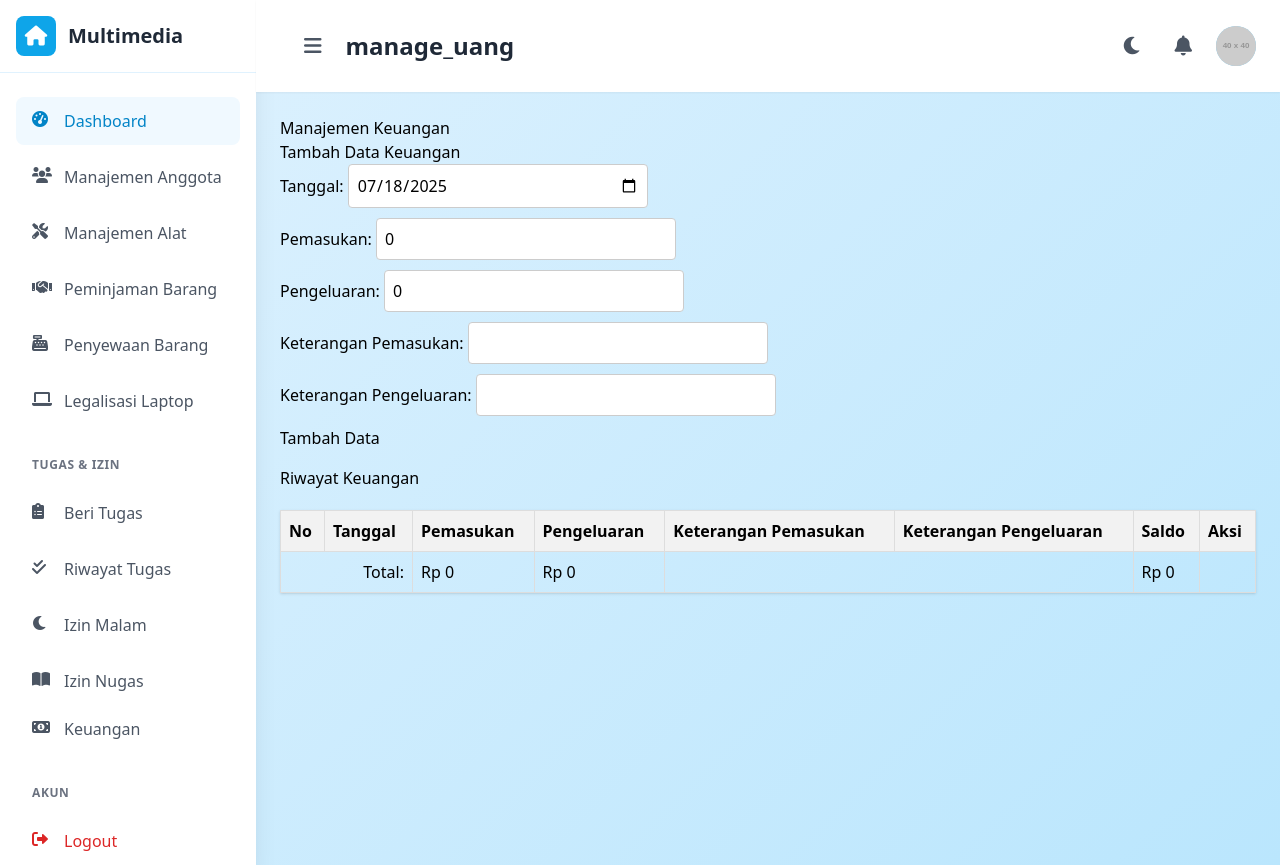
Repository: fatkquladhim/multimedia_app
Page: http://localhost/admin/keuangan/manage_uang.php
The author's editor kept a copy of each file at every save. The page is drawn from the files as they stood at one save, then again after the next save.
The browser window is 1280 px wide. The pictures show the whole page.
Some web libraries are served in a nearby version. The page is run by PHP 8.4 with error messages shown; the project is at /var/www/html/. The session is filled in as if someone had signed in: {"user_id": 2, "username": "asep", "role": "admin"}. Other server files are loaded and not shown. Queries for data that is not in the repository find no rows.

Above is the page before, as saved 2025-07-19 14:23:28.
Console error: TypeError: Cannot read properties of null (reading 'value')

### admin/keuangan/manage_uang.php
<?php
session_start();
if (!isset($_SESSION['user_id']) || $_SESSION['role'] !== 'admin') {
    header('Location: ../../auth/login.php');
    exit;
}

require_once '../../includes/db_config.php';
$conn = new mysqli(DB_HOST, DB_USER, DB_PASS, DB_NAME);

// Proses tambah data keuangan
if ($_SERVER['REQUEST_METHOD'] === 'POST' && isset($_POST['tambah_data'])) {
    $tanggal = $_POST['tanggal'];
    $pemasukan = $_POST['pemasukan'] ?? 0;
    $pengeluaran = $_POST['pengeluaran'] ?? 0;
    $keterangan_pemasukan = $_POST['keterangan_pemasukan'] ?? '';
    $keterangan_pengeluaran = $_POST['keterangan_pengeluaran'] ?? '';

    // Hitung saldo baru
    $saldo_akhir = ($pemasukan - $pengeluaran);

    $stmt = $conn->prepare("INSERT INTO keuangan (tanggal, pemasukan, pengeluaran, keterangan_pemasukan, keterangan_pengeluaran, saldo)
                           VALUES (?, ?, ?, ?, ?, ?)");
    $stmt->bind_param("siissi", $tanggal, $pemasukan, $pengeluaran, $keterangan_pemasukan, $keterangan_pengeluaran, $saldo_akhir);
    $stmt->execute();

    header("Location: manage_uang.php?status=success&message=Data keuangan berhasil ditambahkan");
    exit;
}

// Proses hapus data
if (isset($_GET['hapus']) && is_numeric($_GET['hapus'])) {
    $id = $_GET['hapus'];
    $conn->query("DELETE FROM keuangan WHERE id=$id");
    header("Location: manage_uang.php?status=success&message=Data berhasil dihapus");
    exit;
}


// Query untuk mendapatkan data keuangan
$query = "SELECT id as nomor, tanggal, pemasukan, pengeluaran, keterangan_pemasukan, keterangan_pengeluaran, saldo
          FROM keuangan ORDER BY tanggal DESC";
$result = $conn->query($query);

// Hitung total pemasukan dan pengeluaran
$total_query = "SELECT SUM(pemasukan) as total_pemasukan, SUM(pengeluaran) as total_pengeluaran FROM keuangan";
$total_result = $conn->query($total_query)->fetch_assoc();
$total_pemasukan = $total_result['total_pemasukan'] ?? 0;
$total_pengeluaran = $total_result['total_pengeluaran'] ?? 0;

include '../header.php';
?>

<div class="container">
    <h2>Manajemen Keuangan</h2>

    <?php if (isset($_GET['status']) && isset($_GET['message'])): ?>
        <div class="alert alert-<?php echo $_GET['status'] === 'success' ? 'success' : 'danger'; ?>">
            <?php echo htmlspecialchars($_GET['message']); ?>
        </div>
    <?php endif; ?>

    <h3>Tambah Data Keuangan</h3>
    <form method="POST" class="mb-4">
        <div class="row">
            <div class="col-md-3">
                <div class="form-group">
                    <label>Tanggal:</label>
                    <input type="date" name="tanggal" class="form-control" value="<?= date('Y-m-d') ?>" required>
                </div>
            </div>
            <div class="col-md-2">
                <div class="form-group">
                    <label>Pemasukan:</label>
                    <input type="number" name="pemasukan" class="form-control" min="0" value="0">
                </div>
            </div>
            <div class="col-md-2">
                <div class="form-group">
                    <label>Pengeluaran:</label>
                    <input type="number" name="pengeluaran" class="form-control" min="0" value="0">
                </div>
            </div>
            <div class="col-md-2">
                <div class="form-group">
                    <label>Keterangan Pemasukan:</label>
                    <input type="text" name="keterangan_pemasukan" class="form-control">
                </div>
            </div>
            <div class="col-md-2">
                <div class="form-group">
                    <label>Keterangan Pengeluaran:</label>
                    <input type="text" name="keterangan_pengeluaran" class="form-control">
                </div>
            </div>
        </div>
        <button type="submit" name="tambah_data" class="btn btn-primary">Tambah Data</button>
    </form>

    <h3>Riwayat Keuangan</h3>
    <div class="card shadow mb-4">
        <div class="card-body">
            <div class="table-responsive">
                <table class="table table-bordered table-hover">
                    <thead class="thead-light">
                        <tr>
                            <th>No</th>
                            <th>Tanggal</th>
                            <th>Pemasukan</th>
                            <th>Pengeluaran</th>
                            <th>Keterangan Pemasukan</th>
                            <th>Keterangan Pengeluaran</th>
                            <th>Saldo</th>
                            <th>Aksi</th>
                        </tr>
                    </thead>
                    <tbody>
                        <?php
                        $no = 1;
                        while($row = $result->fetch_assoc()):
                        ?>
                        <tr>
                            <td><?= $no++ ?></td>
                            <td><?= htmlspecialchars($row['tanggal']) ?></td>
                            <td class="text-success">Rp <?= number_format($row['pemasukan'], 0, ',', '.') ?></td>
                            <td class="text-danger">Rp <?= number_format($row['pengeluaran'], 0, ',', '.') ?></td>
                            <td><?= htmlspecialchars($row['keterangan_pemasukan']) ?></td>
                            <td><?= htmlspecialchars($row['keterangan_pengeluaran']) ?></td>
                            <td class="font-weight-bold">Rp <?= number_format($row['saldo'], 0, ',', '.') ?></td>
                            <td>
                                <a href="manage_edit.php?id=<?= $row['nomor'] ?>" class="btn btn-sm btn-warning">Edit</a>
                                <a href="manage_uang.php?hapus=<?= $row['nomor'] ?>" class="btn btn-sm btn-danger" onclick="return confirm('Hapus data ini?')">Hapus</a>
                            </td>
                        </tr>
                        <?php endwhile; ?>
                    </tbody>
                    <tfoot>
                        <tr class="font-weight-bold">
                            <td colspan="2" class="text-right">Total:</td>
                            <td class="text-success">Rp <?= number_format($total_pemasukan, 0, ',', '.') ?></td>
                            <td class="text-danger">Rp <?= number_format($total_pengeluaran, 0, ',', '.') ?></td>
                            <td colspan="2"></td>
                            <td>Rp <?= number_format($total_pemasukan - $total_pengeluaran, 0, ',', '.') ?></td>
                            <td></td>
                        </tr>
                    </tfoot>
                </table>
            </div>
        </div>
    </div>
</div>

<?php
include '../footer.php';
$conn->close();
?>

### includes/db_config.php
<?php
// Konfigurasi database
define('DB_HOST', 'localhost');
define('DB_USER', 'root'); // ganti jika user database Anda berbeda
define('DB_PASS', '');     // ganti jika ada password database
define('DB_NAME', 'db_multimedia'); // nama database
?>

### admin/sidebar.php
    <?php
    // includes/sidebar.php
    // Pastikan session sudah dimulai di file yang meng-include ini
    // if (!isset($_SESSION['user_id']) || $_SESSION['role'] !== 'admin') {
    //     header('Location: ../auth/login.php');
    //     exit;
    // }
    ?>
    <div id="sidebar" class="w-64 bg-white dark:bg-slate-800 shadow-xl flex-shrink-0 sidebar transition-all duration-300 overflow-hidden glass-effect">
        <div class="p-4 flex items-center justify-between border-b border-light-blue-100 dark:border-slate-700">
            <div class="flex items-center space-x-3">
                <div class="w-10 h-10 bg-light-blue-500 rounded-lg flex items-center justify-center">
                    <i class="fas fa-home text-white text-xl"></i>
                </div>
                <h1 class="text-xl font-bold text-gray-800 dark:text-white">Multimedia</h1>
            </div>
            <button id="closeSidebar" class="md:hidden p-2 text-gray-500 hover:text-gray-700 dark:text-gray-400 dark:hover:text-gray-200">
                <i class="fas fa-times"></i>
            </button>
        </div>

        <nav class="mt-6 px-4">
            <div class="space-y-2">
                <a href="../dashboard.php" class="flex items-center px-4 py-3 text-light-blue-600 bg-light-blue-50 dark:bg-light-blue-900 dark:text-light-blue-300 rounded-lg sidebar-nav-item hover-scale">
                    <i class="fas fa-tachometer-alt w-5 h-5 mr-3"></i>
                    <span class="font-medium">Dashboard</span>
                </a>

                <a href="../anggota/anggota.php" class="flex items-center px-4 py-3 text-gray-600 dark:text-gray-300 hover:text-light-blue-600 dark:hover:text-light-blue-400 hover:bg-light-blue-50 dark:hover:bg-slate-700 rounded-lg sidebar-nav-item hover-scale">
                    <i class="fas fa-users w-5 h-5 mr-3"></i>
                    <span class="font-medium">Manajemen Anggota</span>
                </a>

                <a href="../daftar alat/daftar-alat.php" class="flex items-center px-4 py-3 text-gray-600 dark:text-gray-300 hover:text-light-blue-600 dark:hover:text-light-blue-400 hover:bg-light-blue-50 dark:hover:bg-slate-700 rounded-lg sidebar-nav-item hover-scale">
                    <i class="fas fa-tools w-5 h-5 mr-3"></i>
                    <span class="font-medium">Manajemen Alat</span>
                </a>

                <a href="../peminjaman/peminjaman-barang.php" class="flex items-center px-4 py-3 text-gray-600 dark:text-gray-300 hover:text-light-blue-600 dark:hover:text-light-blue-400 hover:bg-light-blue-50 dark:hover:bg-slate-700 rounded-lg sidebar-nav-item hover-scale">
                    <i class="fas fa-handshake w-5 h-5 mr-3"></i>
                    <span class="font-medium">Peminjaman Barang</span>
                </a>

                <a href="../penyewaan/penyewaan-barang.php" class="flex items-center px-4 py-3 text-gray-600 dark:text-gray-300 hover:text-light-blue-600 dark:hover:text-light-blue-400 hover:bg-light-blue-50 dark:hover:bg-slate-700 rounded-lg sidebar-nav-item hover-scale">
                    <i class="fas fa-cash-register w-5 h-5 mr-3"></i>
                    <span class="font-medium">Penyewaan Barang</span>
                </a>

                <a href="../legalisasi laptop/legalisasi_list.php" class="flex items-center px-4 py-3 text-gray-600 dark:text-gray-300 hover:text-light-blue-600 dark:hover:text-light-blue-400 hover:bg-light-blue-50 dark:hover:bg-slate-700 rounded-lg sidebar-nav-item hover-scale">
                    <i class="fas fa-laptop w-5 h-5 mr-3"></i>
                    <span class="font-medium">Legalisasi Laptop</span>
                </a>
            </div>

            <div class="mt-8 mb-4">
                <h3 class="px-4 text-xs font-semibold text-gray-500 dark:text-gray-400 uppercase tracking-wider">
                    Tugas & Izin
                </h3>
            </div>

            <div class="space-y-2">
                <a href="../beri tugas/beri_tugas_form.php" class="flex items-center px-4 py-3 text-gray-600 dark:text-gray-300 hover:text-light-blue-600 dark:hover:text-light-blue-400 hover:bg-light-blue-50 dark:hover:bg-slate-700 rounded-lg sidebar-nav-item hover-scale">
                    <i class="fas fa-clipboard-list w-5 h-5 mr-3"></i>
                    <span class="font-medium">Beri Tugas</span>
                </a>

                <a href="../beri tugas/tugas_selesai_riwayat.php" class="flex items-center px-4 py-3 text-gray-600 dark:text-gray-300 hover:text-light-blue-600 dark:hover:text-light-blue-400 hover:bg-light-blue-50 dark:hover:bg-slate-700 rounded-lg sidebar-nav-item hover-scale">
                    <i class="fas fa-check-double w-5 h-5 mr-3"></i>
                    <span class="font-medium">Riwayat Tugas</span>
                </a>

                <a href="../izin_malam/izin-malam.php" class="flex items-center px-4 py-3 text-gray-600 dark:text-gray-300 hover:text-light-blue-600 dark:hover:text-light-blue-400 hover:bg-light-blue-50 dark:hover:bg-slate-700 rounded-lg sidebar-nav-item hover-scale">
                    <i class="fas fa-moon w-5 h-5 mr-3"></i>
                    <span class="font-medium">Izin Malam</span>
                </a>

                <a href="../izin_nugas/izin-nugas.php" class="flex items-center px-4 py-3 text-gray-600 dark:text-gray-300 hover:text-light-blue-600 dark:hover:text-light-blue-400 hover:bg-light-blue-50 dark:hover:bg-slate-700 rounded-lg sidebar-nav-item hover-scale">
                    <i class="fas fa-book-open w-5 h-5 mr-3"></i>
                    <span class="font-medium">Izin Nugas</span>
                </a>
            </div>

            <div class="space-y-2">
                <a href="../keuangan/manage_uang.php" class="flex items-center px-4 py-3 text-gray-600 dark:text-gray-300 hover:text-light-blue-600 dark:hover:text-light-blue-400 hover:bg-light-blue-50 dark:hover:bg-slate-700 rounded-lg sidebar-nav-item hover-scale">
                    <i class="fas fa-money-bill-alt w-5 h-5 mr-3"></i>
                    <span class="font-medium">Keuangan</span>
                </a>
            </div>

            <div class="mt-8 mb-4">
                <h3 class="px-4 text-xs font-semibold text-gray-500 dark:text-gray-400 uppercase tracking-wider">
                    Akun
                </h3>
            </div>

            <div class="space-y-2">
                <a href="../auth/logout.php" class="flex items-center px-4 py-3 text-red-600 dark:text-red-400 hover:text-red-700 dark:hover:text-red-300 hover:bg-red-50 dark:hover:bg-red-900 rounded-lg sidebar-nav-item hover-scale">
                    <i class="fas fa-sign-out-alt w-5 h-5 mr-3"></i>
                    <span class="font-medium">Logout</span>
                </a>
            </div>
        </nav>
    </div>

### admin/footer.php

                </main>
            </div>
        </div>
        <script>

    // Dark Mode Toggle
    const darkModeToggle = document.getElementById('darkModeToggle');
    const html = document.documentElement;

    // Check for saved theme preference or default to light mode
    const savedTheme = localStorage.getItem('theme');
    if (savedTheme === 'dark') {
        html.classList.add('dark');
    }

    darkModeToggle.addEventListener('click', () => {
        html.classList.toggle('dark');
        localStorage.setItem('theme', html.classList.contains('dark') ? 'dark' : 'light');
    });

    // Mobile Menu Toggle
    const mobileMenuToggle = document.getElementById('mobileMenuToggle');
    const sidebar = document.getElementById('sidebar');
    const sidebarOverlay = document.getElementById('sidebarOverlay');
    const closeSidebar = document.getElementById('closeSidebar');

    function toggleMobileSidebar() {
        sidebar.classList.toggle('active');
        sidebarOverlay.classList.toggle('active');
    }

    mobileMenuToggle.addEventListener('click', toggleMobileSidebar);
    closeSidebar.addEventListener('click', toggleMobileSidebar);
    sidebarOverlay.addEventListener('click', toggleMobileSidebar);

    // Desktop Sidebar Toggle
    const sidebarToggle = document.getElementById('sidebarToggle');
    const mainContentArea = document.getElementById('mainContentArea');
    let isSidebarOpen = true;

    sidebarToggle.addEventListener('click', () => {
        if (isSidebarOpen) {
            // Close sidebar
            sidebar.classList.remove('w-64');
            sidebar.classList.add('w-20');

            // Hide text content
            sidebar.querySelectorAll('span.font-medium, h3')
                .forEach(el => el.classList.add('hidden'));

            // Show only icons
            sidebar.querySelectorAll('i')
                .forEach(el => el.classList.add('mx-auto'));

            sidebarToggle.querySelector('i').classList.replace('fa-bars', 'fa-arrow-right');
        } else {
            // Open sidebar
            sidebar.classList.remove('w-20');
            sidebar.classList.add('w-64');

            // Show text content
            sidebar.querySelectorAll('span.font-medium, h3')
                .forEach(el => el.classList.remove('hidden'));

            // Reset icon alignment
            sidebar.querySelectorAll('i')
                .forEach(el => el.classList.remove('mx-auto'));

            sidebarToggle.querySelector('i').classList.replace('fa-arrow-right', 'fa-bars');
        }
        isSidebarOpen = !isSidebarOpen;
    });

    // Responsive behavior
    function handleResize() {
        if (window.innerWidth < 768) {
            // Mobile: Hide desktop sidebar toggle, show mobile menu
            sidebarToggle.classList.add('hidden');
            mobileMenuToggle.classList.remove('hidden');

            // Reset sidebar state for mobile
            sidebar.classList.remove('active');
            sidebarOverlay.classList.remove('active');
        } else {
            // Desktop: Show desktop sidebar toggle, hide mobile menu
            sidebarToggle.classList.remove('hidden');
            mobileMenuToggle.classList.add('hidden');

            // Ensure sidebar is properly positioned for desktop
            sidebar.classList.remove('active');
            sidebarOverlay.classList.remove('active');
        }
    }

    // Initial check
    handleResize();

    // Listen for resize events
    window.addEventListener('resize', handleResize);

    // Smooth scrolling for anchor links
    document.querySelectorAll('a[href^="#"]').forEach(anchor => {
        anchor.addEventListener('click', function(e) {
            e.preventDefault();
            const target = document.querySelector(this.getAttribute('href'));
            if (target) {
                target.scrollIntoView({
                    behavior: 'smooth'
                });
            }
        });
    });

    // Add loading animation to buttons
    document.querySelectorAll('button, a').forEach(element => {
        element.addEventListener('click', function() {
            if (!this.classList.contains('no-loading')) {
                this.style.opacity = '0.8';
                setTimeout(() => {
                    this.style.opacity = '1';
                }, 200);
            }
        });
    });

// penambahan untuk peminjaman dan penyewaan
    function togglePeminjam() {
            var tipe = document.getElementById('tipe_peminjam').value;
            if (tipe === 'umum') {
                document.getElementById('form_umum').style.display = 'block';
                document.getElementById('form_anggota').style.display = 'none';
                document.getElementById('nama_peminjam').required = true;
                document.getElementById('kontak_peminjam').required = true;
                document.getElementById('id_anggota').required = false;
            } else {
                document.getElementById('form_umum').style.display = 'none';
                document.getElementById('form_anggota').style.display = 'block';
                document.getElementById('nama_peminjam').required = false;
                document.getElementById('kontak_peminjam').required = false;
                document.getElementById('id_anggota').required = true;
            }
        }
        function togglePenyewa() {
            var tipe = document.getElementById('tipe_penyewa').value;
            if (tipe === 'umum') {
                document.getElementById('form_umum').style.display = 'block';
                document.getElementById('form_anggota').style.display = 'none';
                document.getElementById('nama_penyewa').required = true;
                document.getElementById('kontak_penyewa').required = true;
                document.getElementById('id_anggota').required = false;
            } else {
                document.getElementById('form_umum').style.display = 'none';
                document.getElementById('form_anggota').style.display = 'block';
                document.getElementById('nama_penyewa').required = false;
                document.getElementById('kontak_penyewa').required = false;
                document.getElementById('id_anggota').required = true;
            }
        }
        // Panggil saat halaman dimuat
        window.onload = togglePeminjam;
        </script>
    </body>
    </html>

Loaded but not shown: admin/header.php (172 lines, source omitted)

After the next save:
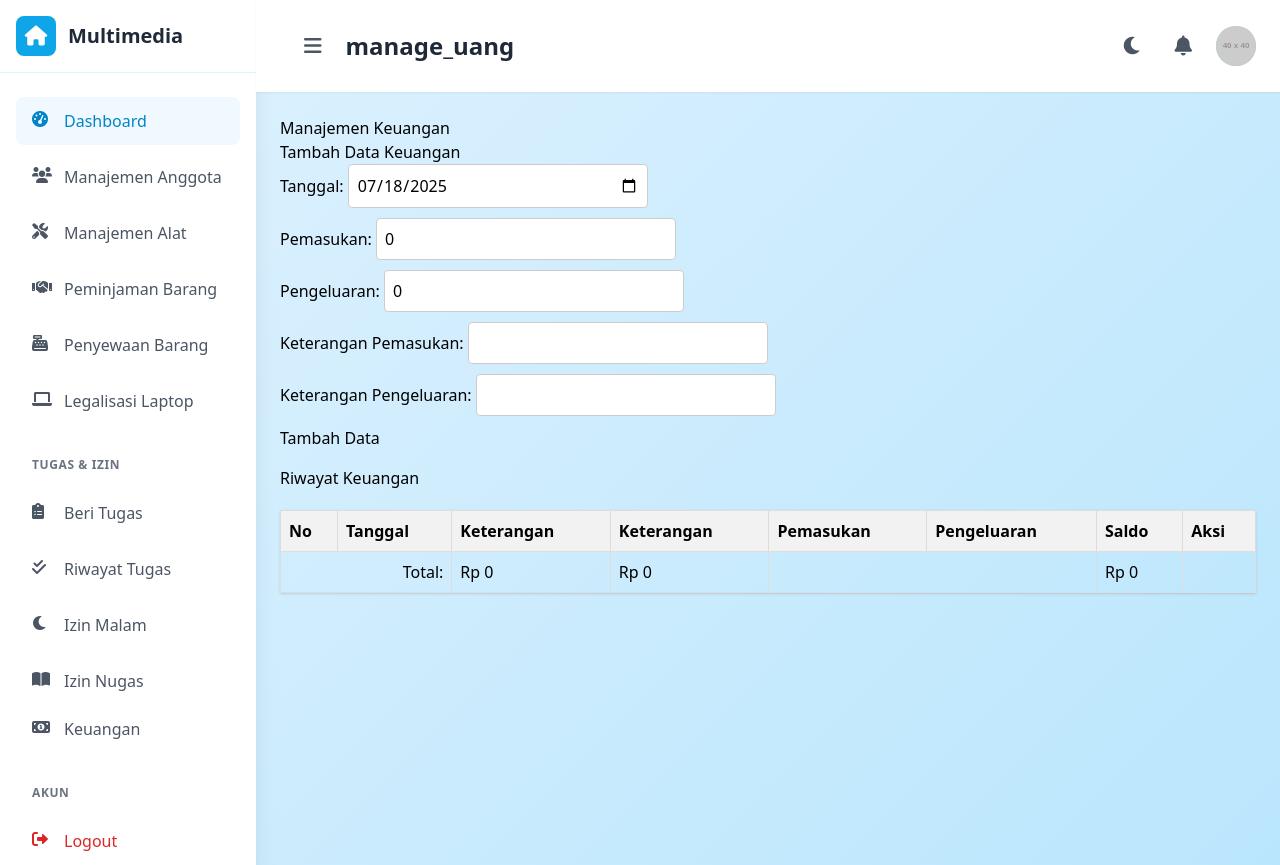
Saved 5 min 15 s later.
--- a/admin/keuangan/manage_uang.php
+++ b/admin/keuangan/manage_uang.php
@@ -11,17 +11,17 @@ $conn = new mysqli(DB_HOST, DB_USER, DB_PASS, DB_NAME);
 // Proses tambah data keuangan
 if ($_SERVER['REQUEST_METHOD'] === 'POST' && isset($_POST['tambah_data'])) {
     $tanggal = $_POST['tanggal'];
+    $keterangan = $_POST['keterangan'] ?? '';
     $pemasukan = $_POST['pemasukan'] ?? 0;
     $pengeluaran = $_POST['pengeluaran'] ?? 0;
-    $keterangan_pemasukan = $_POST['keterangan_pemasukan'] ?? '';
-    $keterangan_pengeluaran = $_POST['keterangan_pengeluaran'] ?? '';
+
 
     // Hitung saldo baru
     $saldo_akhir = ($pemasukan - $pengeluaran);
 
-    $stmt = $conn->prepare("INSERT INTO keuangan (tanggal, pemasukan, pengeluaran, keterangan_pemasukan, keterangan_pengeluaran, saldo)
+    $stmt = $conn->prepare("INSERT INTO keuangan (tanggal, keterangan, pemasukan, pengeluaran, saldo)
                            VALUES (?, ?, ?, ?, ?, ?)");
-    $stmt->bind_param("siissi", $tanggal, $pemasukan, $pengeluaran, $keterangan_pemasukan, $keterangan_pengeluaran, $saldo_akhir);
+    $stmt->bind_param("siissi", $tanggal,$keterangan, $pemasukan, $pengeluaran,  $saldo_akhir);
     $stmt->execute();
 
     header("Location: manage_uang.php?status=success&message=Data keuangan berhasil ditambahkan");
@@ -38,7 +38,7 @@ if (isset($_GET['hapus']) && is_numeric($_GET['hapus'])) {
 
 
 // Query untuk mendapatkan data keuangan
-$query = "SELECT id as nomor, tanggal, pemasukan, pengeluaran, keterangan_pemasukan, keterangan_pengeluaran, saldo
+$query = "SELECT id as nomor, tanggal,keterangan, pemasukan, pengeluaran, saldo
           FROM keuangan ORDER BY tanggal DESC";
 $result = $conn->query($query);
 
@@ -106,10 +106,10 @@ include '../header.php';
                         <tr>
                             <th>No</th>
                             <th>Tanggal</th>
+                            <th>Keterangan</th>
+                            <th>Keterangan</th>
                             <th>Pemasukan</th>
                             <th>Pengeluaran</th>
-                            <th>Keterangan Pemasukan</th>
-                            <th>Keterangan Pengeluaran</th>
                             <th>Saldo</th>
                             <th>Aksi</th>
                         </tr>
@@ -122,10 +122,9 @@ include '../header.php';
                         <tr>
                             <td><?= $no++ ?></td>
                             <td><?= htmlspecialchars($row['tanggal']) ?></td>
+                            <td><?= htmlspecialchars($row['keterangan']) ?></td>
                             <td class="text-success">Rp <?= number_format($row['pemasukan'], 0, ',', '.') ?></td>
                             <td class="text-danger">Rp <?= number_format($row['pengeluaran'], 0, ',', '.') ?></td>
-                            <td><?= htmlspecialchars($row['keterangan_pemasukan']) ?></td>
-                            <td><?= htmlspecialchars($row['keterangan_pengeluaran']) ?></td>
                             <td class="font-weight-bold">Rp <?= number_format($row['saldo'], 0, ',', '.') ?></td>
                             <td>
                                 <a href="manage_edit.php?id=<?= $row['nomor'] ?>" class="btn btn-sm btn-warning">Edit</a>
